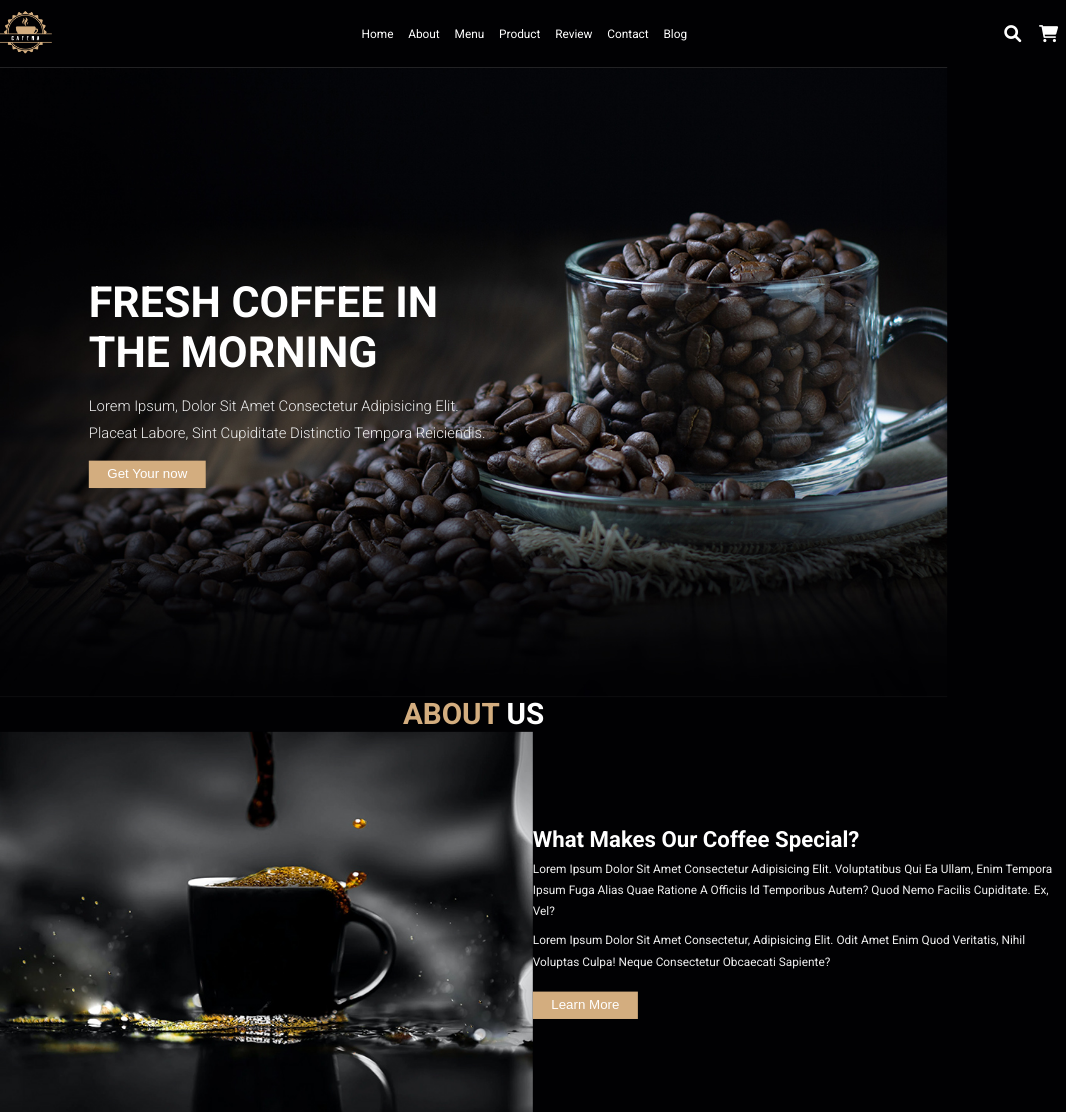
Repository: Dinhthai303/DinhThai
Page: index.html
These files come from the project's save history. The page is drawn as it stood at one moment and after the next save; the edit follows.
The browser window is 1280 px wide. The page is 1440 px wide, so the pictures cover 1440 px, including what lies to the right of the window. The pictures show the whole page, at 74% of full size.

Above is the page before, as saved 2021-11-28 00:26:11.

After the next save:
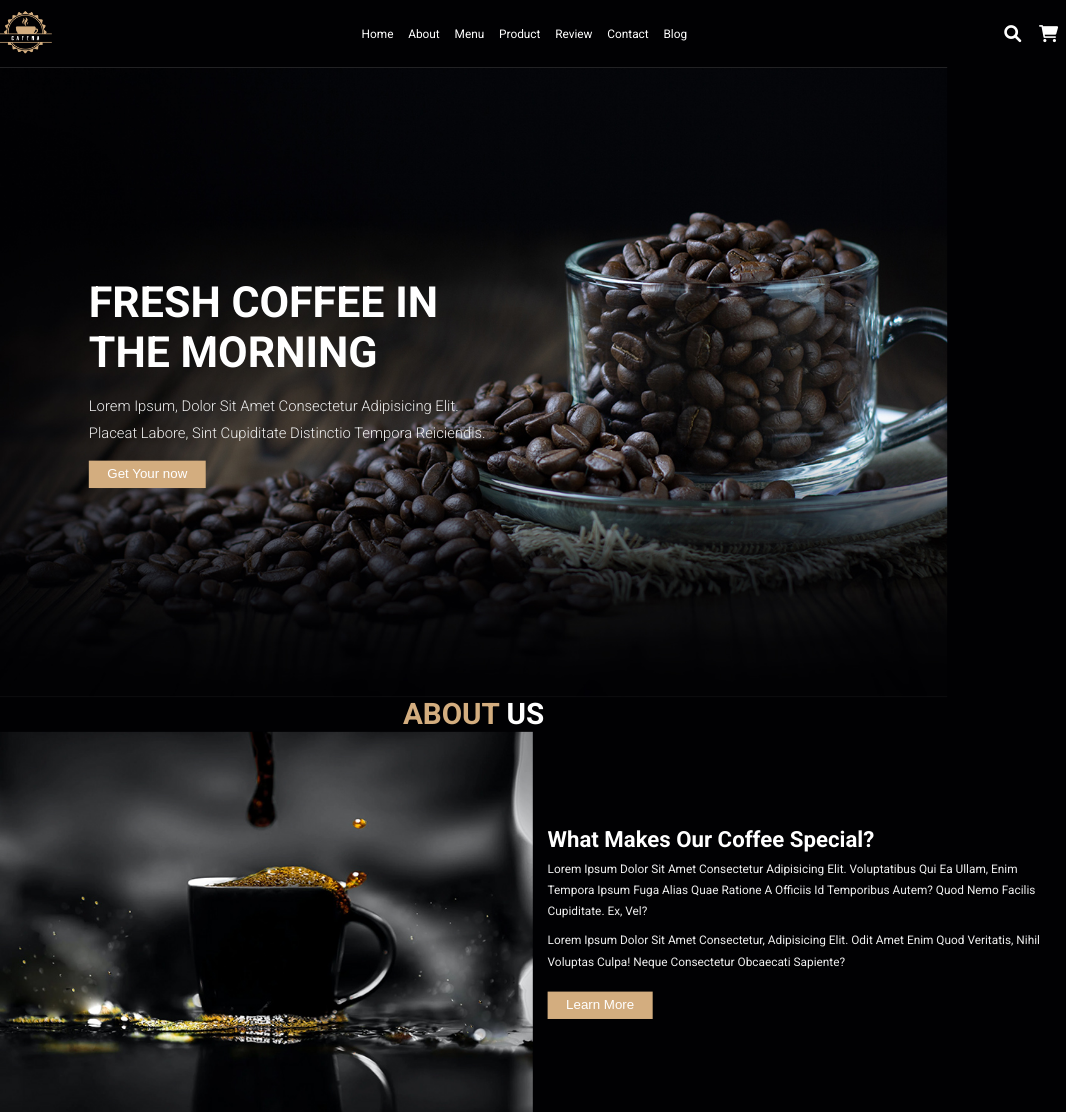
Saved 24 s later.
--- a/css/style.css
+++ b/css/style.css
@@ -133,3 +133,6 @@ body{
 .about__button{
     margin-top: 25px;
 }
+.about__text{
+    margin-left: 20px;
+}
